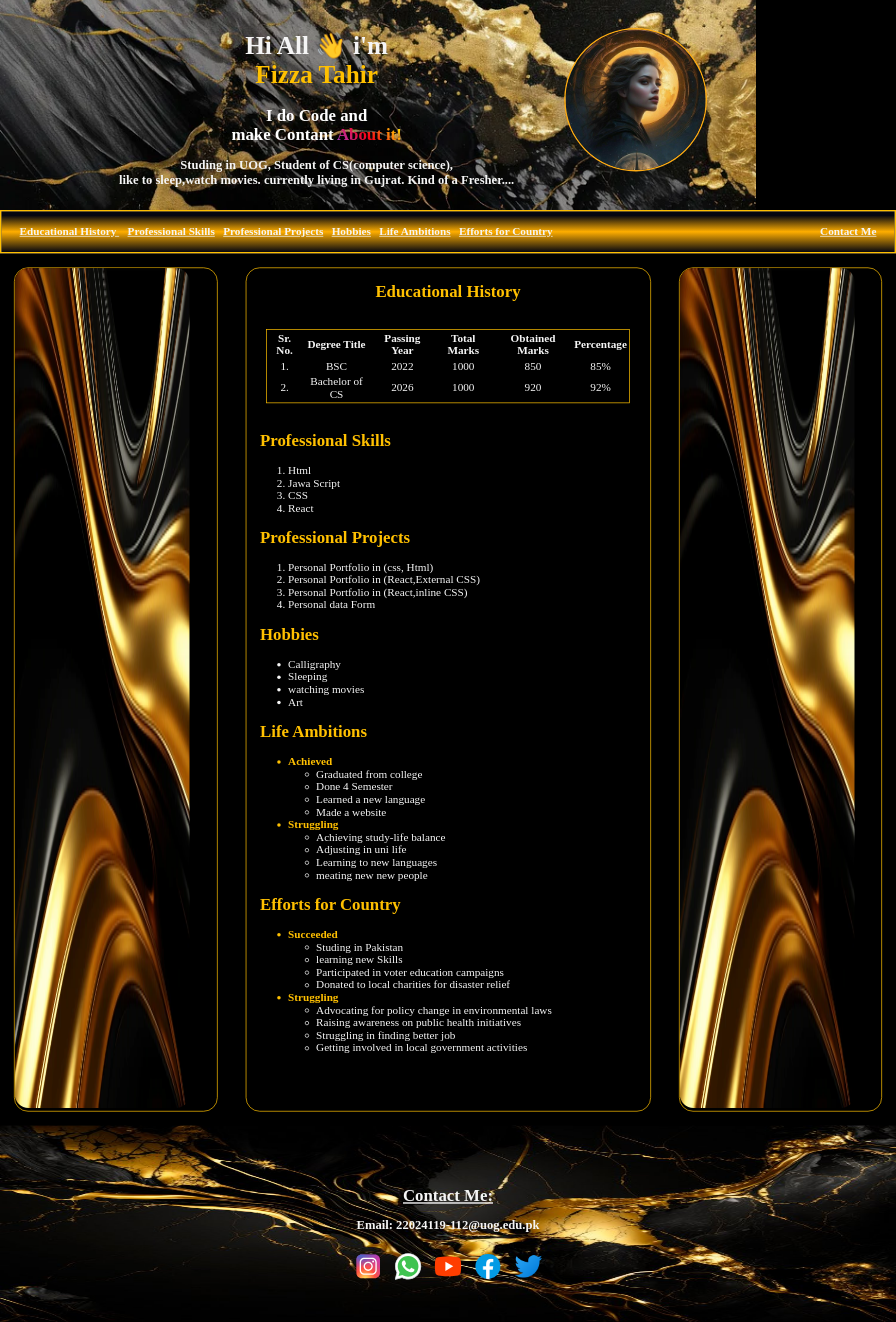
Repository: Fizza-112/project
Page: /
The author's editor kept a copy of each file at every save. The page is drawn from the files as they stood at one save, then again after the next save.
The browser window is 1280 px wide. The pictures show the whole page, at 70% of full size.
The project was rebuilt for these pictures with package versions that can differ from the ones it lists, and the page was loaded fresh each time. Also part of the build but not shown: vite.config.ts.

Above is the page before, as saved 2024-09-20 14:25:23.

After the next save:
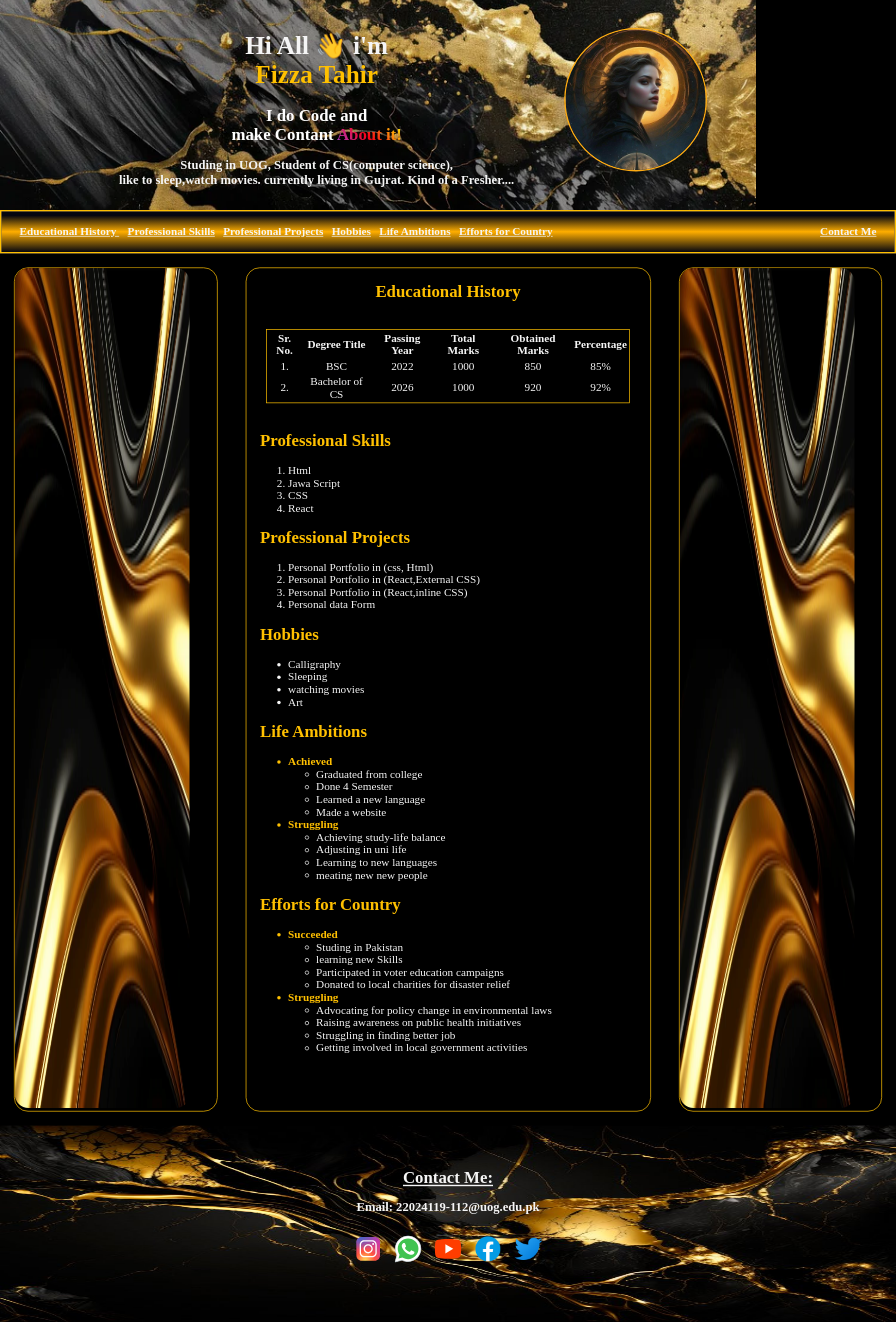
Saved 26 s later.
--- a/src/App.css
+++ b/src/App.css
@@ -238,7 +238,7 @@ background-image: linear-gradient(180deg, #05060f 10%,#001886   50%, #05060f 100
   color:whitesmoke;
   margin: 20px, 0px 0px, 0px;
 
-  height: 150px;
+  height: 100px;
   position: relative;
   width: 100%;
   margin-left: 0px;
